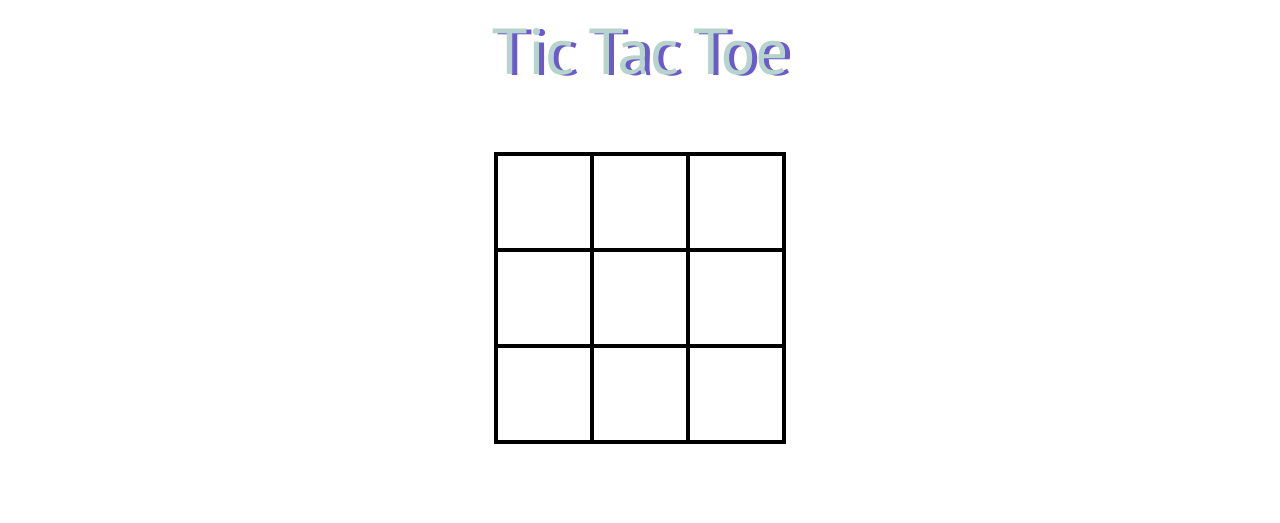
Repository: chin9/TicTacToe
Page: index.html
These files come from the project's save history. The page is drawn as it stood at one moment and after the next save; the edit follows.
The browser window is 1280 px wide. The pictures show the whole page.

Above is the page before, as saved 2021-05-12 13:48:46.

### index.html
<head>
    <link rel='stylesheet' href='style.css'>
</head>

<title> TicTacToe</title>

<header>Tic Tac Toe</header>


<body>
    <div class='board'>

        <div class='grid'>

        </div>

        <div class='grid'>

        </div>

        <div class='grid'>

        </div>

        <div class='grid'>

        </div>

        <div class='grid'>

        </div>

        <div class='grid'>

        </div>

        <div class='grid'>

        </div>

        <div class='grid'>

        </div>

        <div class='grid'>

        </div>

    </div>
</body>

### style.css
@import url('https://fonts.googleapis.com/css2?family=PT+Sans&display=swap');


header{
    font-family: 'PT Sans', sans-serif;
    font-size: 65px;
    color: rgb(182, 212, 203);
    text-shadow: 5px 1px slateblue;
    text-align: center;
}

body{
    display: flex;
    flex-direction: column;
    align-items: center;

}

.board{
    height: 40vh;
    width: 40vh;

    position: relative;
    top: 60px;

    display: grid;
    grid-template-columns: 1fr 1fr 1fr;
    grid-template-rows: 1fr 1fr 1fr;

    border: 2px black solid;
}

.grid{
    border: 2px black solid;
}

After the next save:
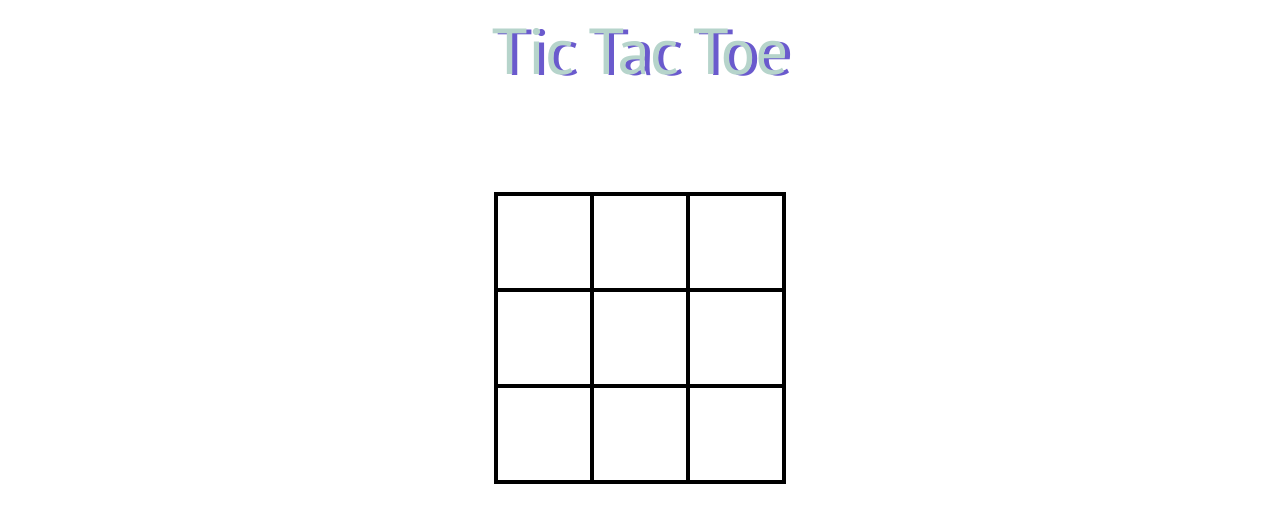
Saved 6 s later.
--- a/style.css
+++ b/style.css
@@ -21,7 +21,7 @@ body{
     width: 40vh;
 
     position: relative;
-    top: 60px;
+    top: 100px;
 
     display: grid;
     grid-template-columns: 1fr 1fr 1fr;
